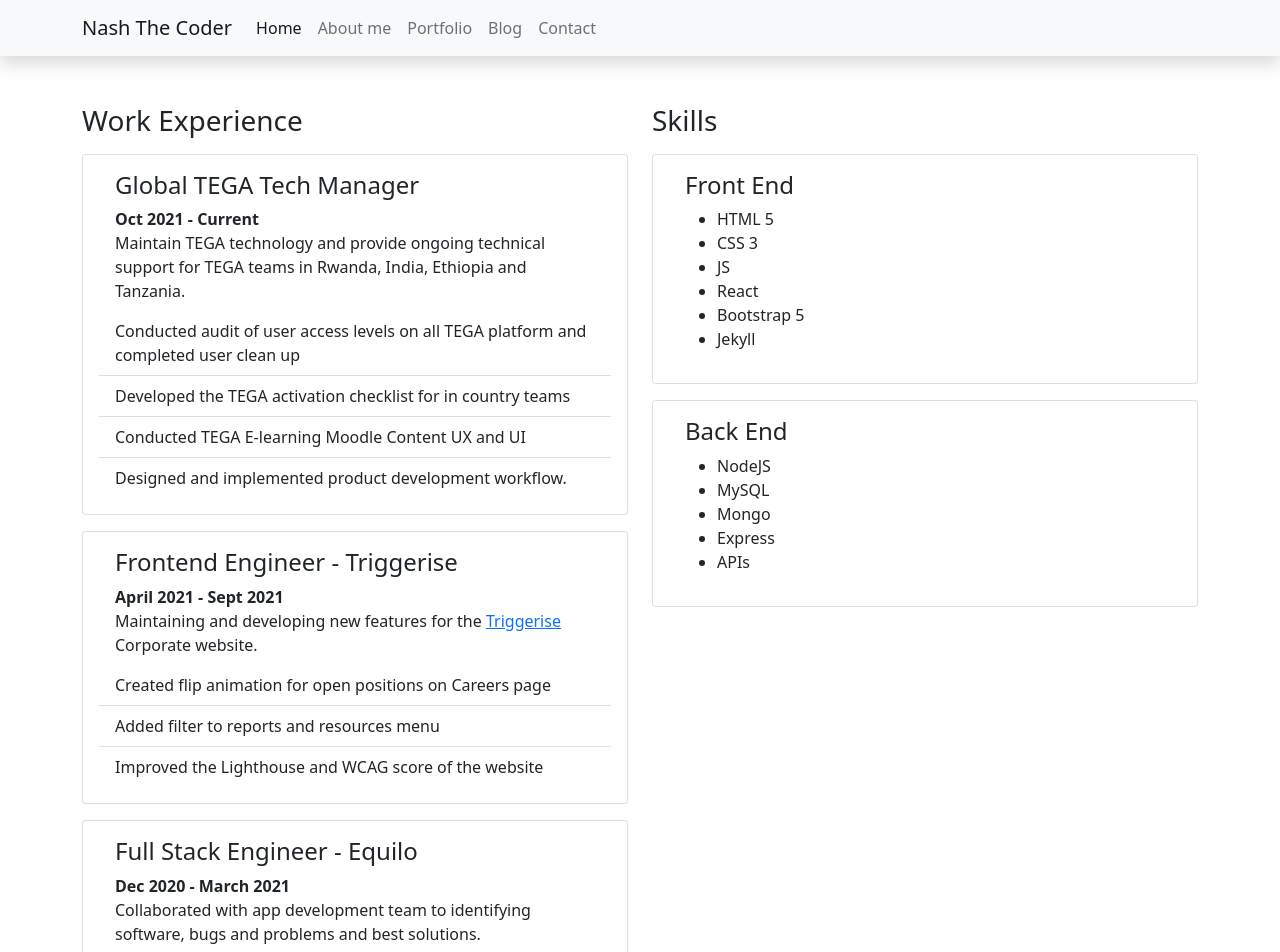
Repository: mamatechafrica/portfolio
Page: index.html
These files come from the project's save history. The page is drawn as it stood at one moment and after a run of saves; the edit follows.
The browser window is 1280 px wide. The pictures show the part of the page from y = 0 to 952 px (the page is 1696 px tall before and 1704 px after).
Some icons come from a web library that is not loaded, so they are not drawn. Some web libraries are served in a nearby version.

Above is the page before, as saved 2022-01-05 23:44:19.

After the next 4 saves:
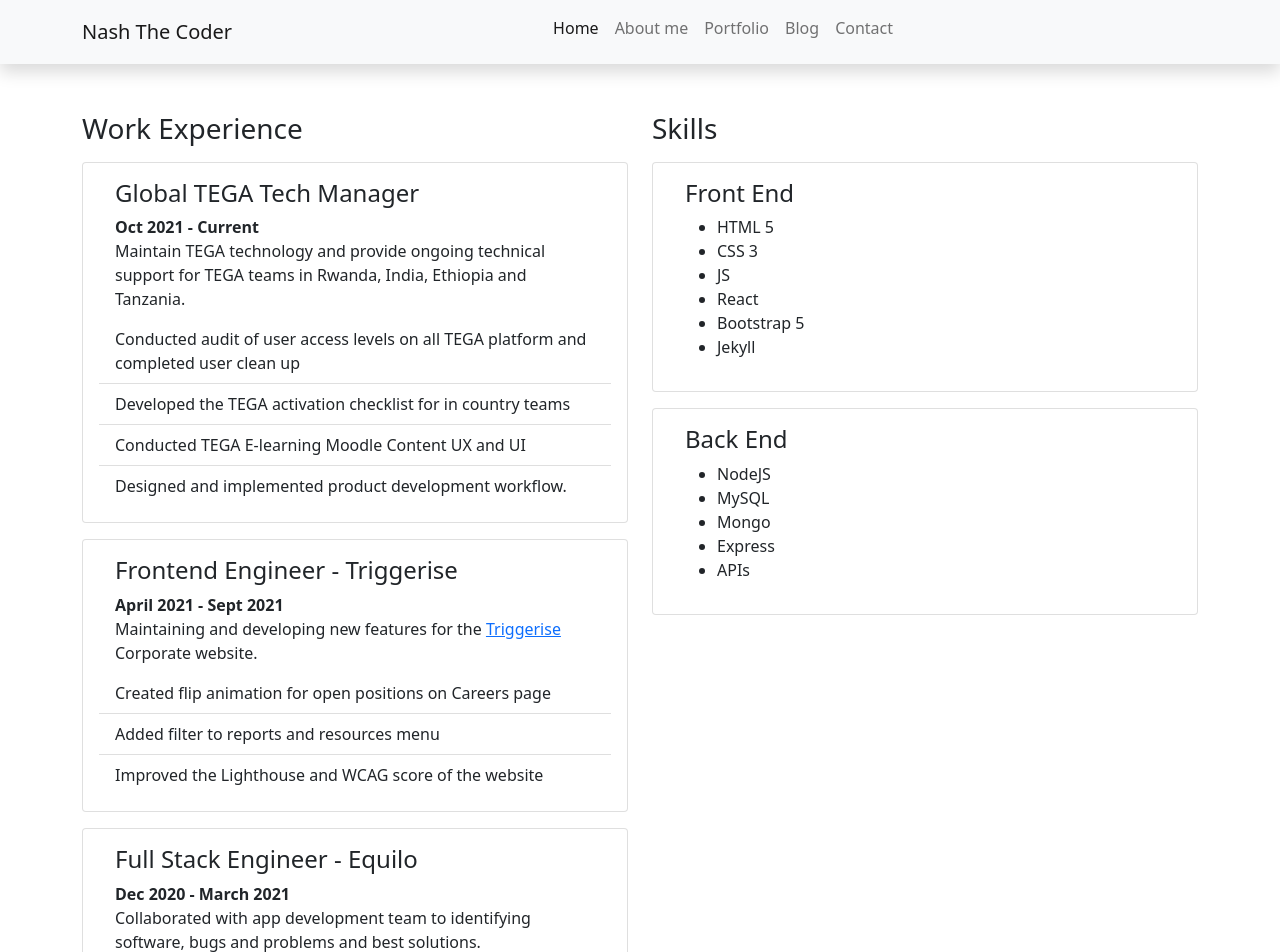
The 4 saves are shown as one change because they came seconds apart.
The last was saved 87 s later.
--- a/index.html
+++ b/index.html
@@ -36,7 +36,7 @@
                     <span class="navbar-toggler-icon"></span>
                 </button>
                 <div class="collapse navbar-collapse" id="navbarNav">
-                    <ul class="navbar-nav">
+                    <ul class="navbar-nav m-auto mb-2">
                     <li class="nav-item">
                         <a class="nav-link active" aria-current="page" href="#">Home</a>
                     </li>
